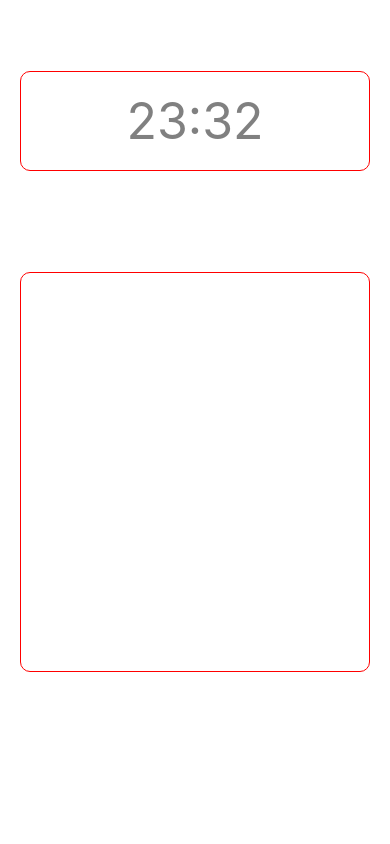
Repository: sonnke/imageResizer
Screen: /
These files come from the project's save history. The screen is drawn as it stood at one moment and after the next save; the edit follows.
The app was drawn by React Native's web renderer in a window 390 px wide. The project was rebuilt for these pictures with package versions that can differ from the ones it lists, and the page was loaded fresh each time.

Above is the screen before, as saved 2020-02-02 13:16:45.

### App.tsx
import React from 'react';
import { StyleSheet, Text, View } from 'react-native';
import styled from 'styled-components/native';

const MainContainer = styled.View`
  flex: 1;
  flex-direction: column;
  align-items: center;
  justify-content: space-around;
  padding: 20px;
`;

const StopWatch = styled.View`
  width: 100%;
  height: 100px;
  border-width: 1px;
  border-color: red;
  border-radius: 10px;
  justify-content: center;
  align-items: center;
`;

const ImageContainer = styled.View`
  width: 100%;
  height: 400px;
  border-width: 1px;
  border-color: red;
  border-radius: 10px;
  justify-content: center;
  align-items: center;
`;

const SliderContainer = styled.View``;

const StopWatchText = styled.Text`
  font-size: 50px;
  color: grey;
`;

export default function App() {
  return (
    <MainContainer>
      <StopWatch>
        <StopWatchText>23:32</StopWatchText>
      </StopWatch>
      <ImageContainer></ImageContainer>
      <SliderContainer></SliderContainer>
    </MainContainer>
  );
}

After the next save:
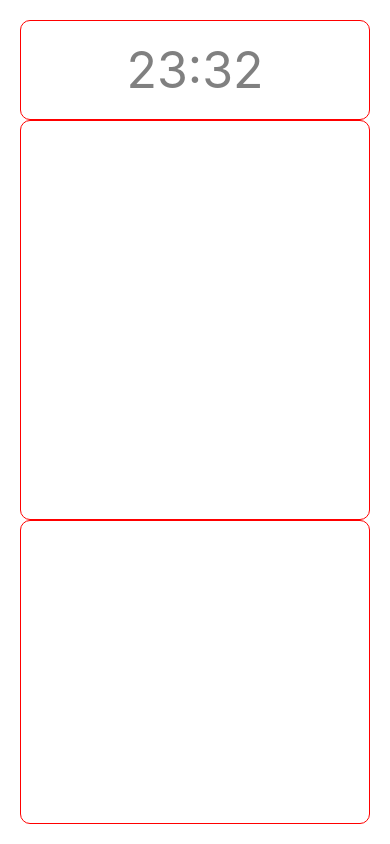
Saved 32 s later.
--- a/App.tsx
+++ b/App.tsx
@@ -30,7 +30,15 @@ const ImageContainer = styled.View`
   align-items: center;
 `;
 
-const SliderContainer = styled.View``;
+const SliderContainer = styled.View`
+  width: 100%;
+  flex: 1;
+  border-width: 1px;
+  border-color: red;
+  border-radius: 10px;
+  justify-content: center;
+  align-items: center;
+`;
 
 const StopWatchText = styled.Text`
   font-size: 50px;
